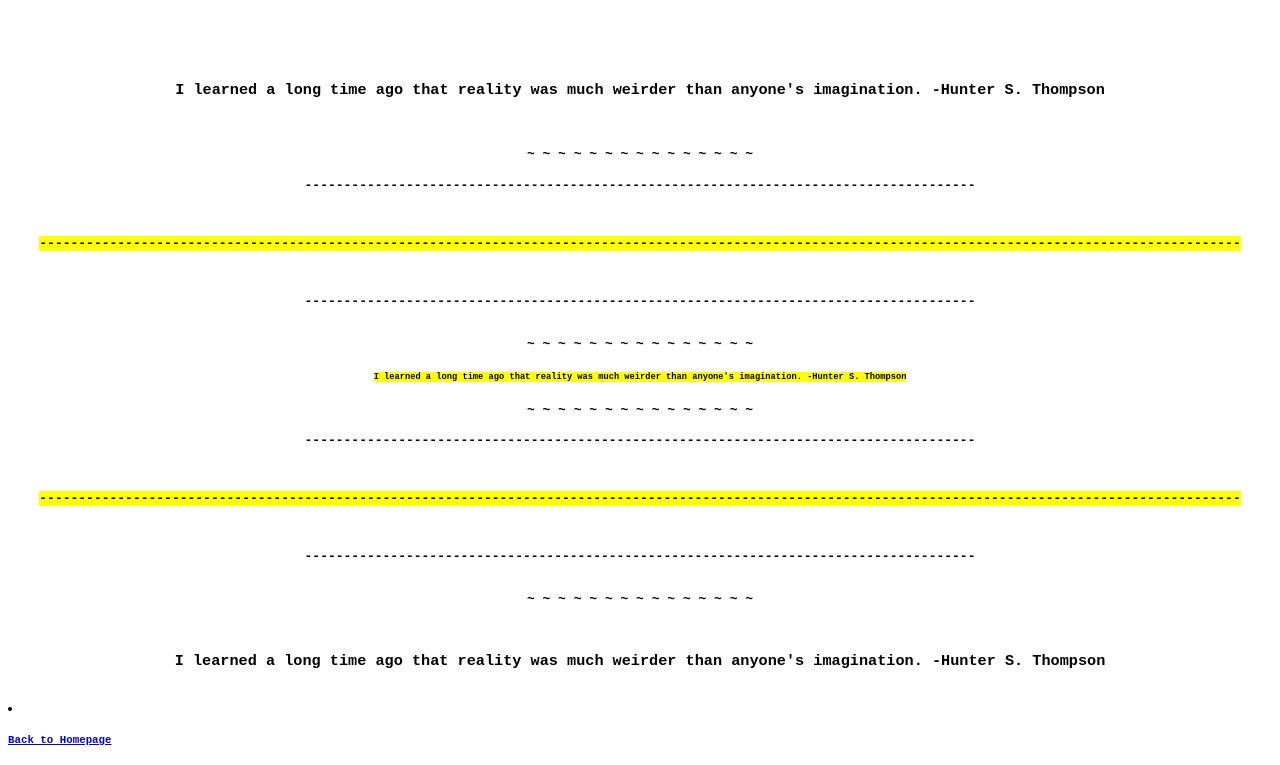
Repository: penas326/penas326.github.io
Page: composition/index.html
The author's editor kept a record of every edit. The page is drawn from the files as they stood at one moment, then again after the next edit.
The browser window is 1280 px wide. The pictures show the whole page.

Above is the page before.

### composition/index.html
  <html>

    <head>
        <title>Composition</title>
    </head>
        <br>
        <br>
        <br>
        <strong><h3 align="center"><code>I learned a long time ago that reality was much weirder than anyone's imagination. -Hunter S. Thompson</h3>
    </body>
            <center>
        <br>
        <br>
        <strong>~ ~ ~ ~ ~ ~ ~ ~ ~ ~ ~ ~ ~ ~ ~</strong>
        <br>
        <h3 align="center"></h3><code>--------------------------------------------------------------------------------------</p>
        <br>
        <h3 align="center"></h3><code><mark>----------------------------------------------------------------------------------------------------------------------------------------------------------</p></mark>
        <br>
        <h3 align="center"></h3><code>--------------------------------------------------------------------------------------</p>
        <br>
        <strong>~ ~ ~ ~ ~ ~ ~ ~ ~ ~ ~ ~ ~ ~ ~</strong>
        </center>
         </head>
        <strong><h6 align="center"><code><mark>I learned a long time ago that reality was much weirder than anyone's imagination. -Hunter S. Thompson</h6>
               <center>
        <strong>~ ~ ~ ~ ~ ~ ~ ~ ~ ~ ~ ~ ~ ~ ~</strong>
        <br>
        <h3 align="center"></h3><code>--------------------------------------------------------------------------------------</p>
        <br>
        <h3 align="center"></h3><code><mark>----------------------------------------------------------------------------------------------------------------------------------------------------------</p></mark>
        <br>
        <h3 align="center"></h3><code>--------------------------------------------------------------------------------------</p>
        <br>
        <strong>~ ~ ~ ~ ~ ~ ~ ~ ~ ~ ~ ~ ~ ~ ~</strong>
        </center>
         </head>
        <br>
        <br>
        <strong><h3 align="center"><code>I learned a long time ago that reality was much weirder than anyone's imagination. -Hunter S. Thompson</h3>
        <br>
        <li><h5><a href="index.html">Back to Homepage</a></h5></li>
    </body>

</html>

After the next edit:
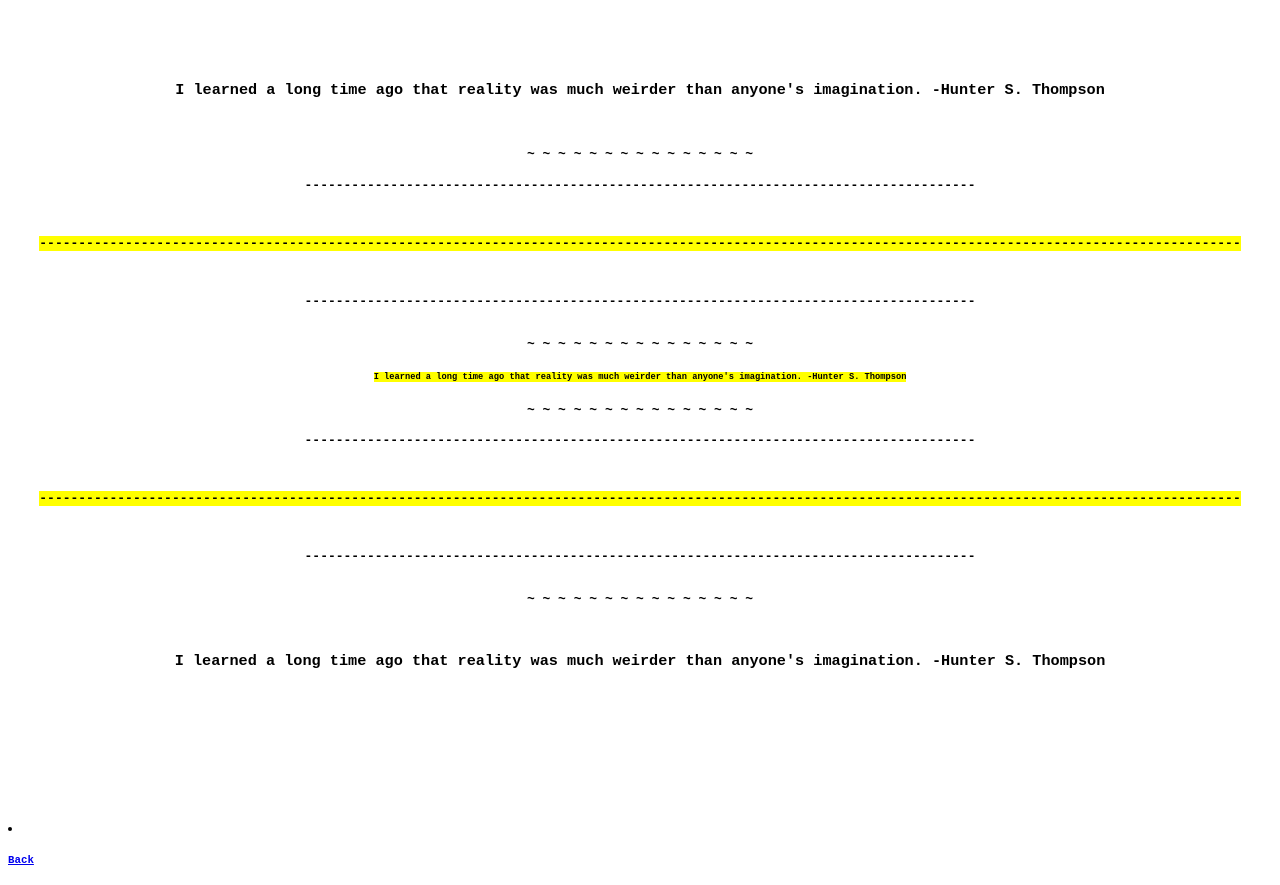
The edit:
--- a/composition/index.html
+++ b/composition/index.html
@@ -39,7 +39,15 @@
         <br>
         <strong><h3 align="center"><code>I learned a long time ago that reality was much weirder than anyone's imagination. -Hunter S. Thompson</h3>
         <br>
-        <li><h5><a href="index.html">Back to Homepage</a></h5></li>
+        <br>
+        <br>
+        <br>
+        <br>
+        <br>
+        <br>
+        <br>
+        <br>
+        <li><h5><a href="penas326_github_io/index.html">Back</a></h5></li>
     </body>
 
 </html>
